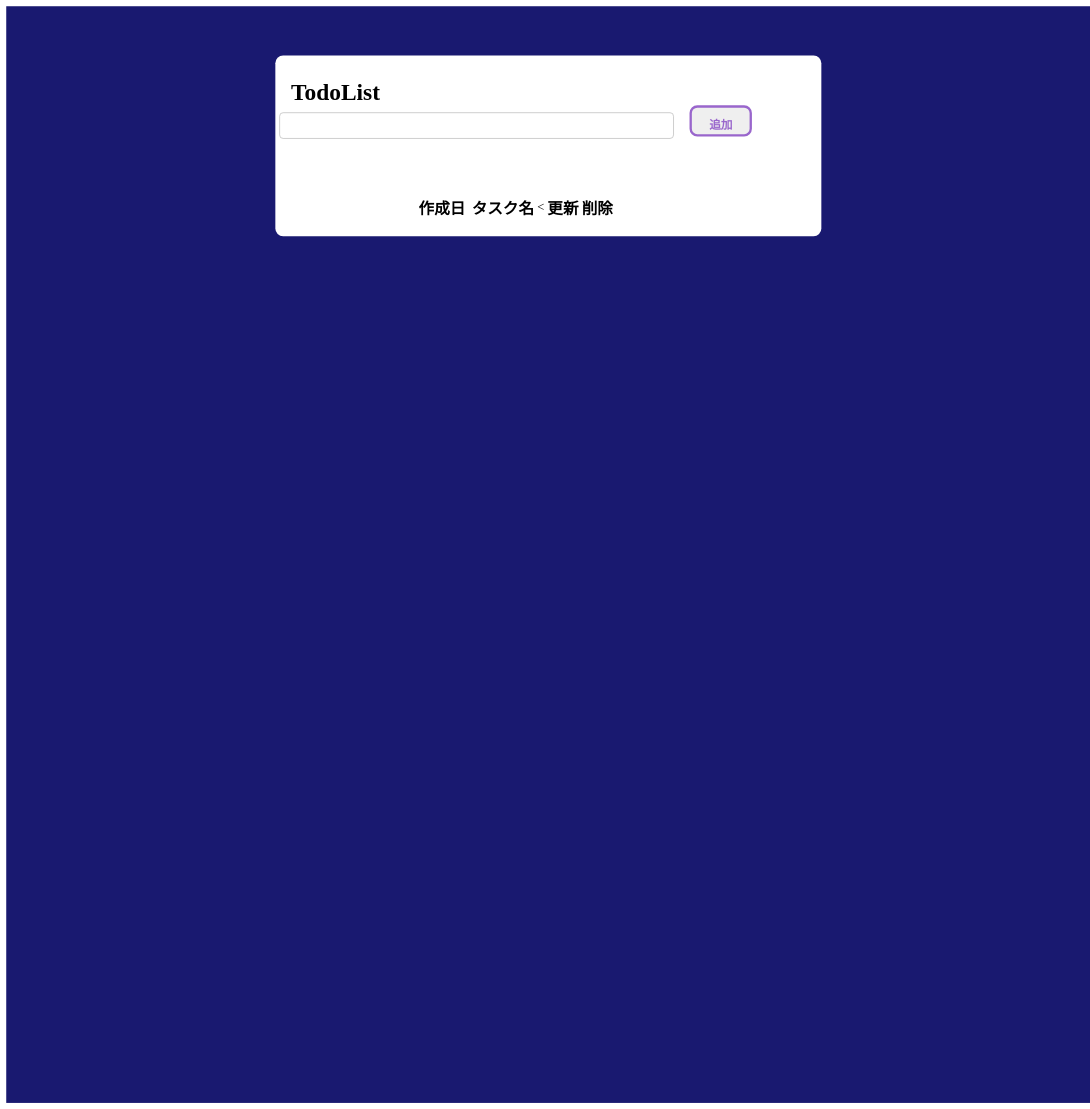
Repository: moro-ayu3/20230304_morohoshi
Page: http://localhost/
These files come from the project's save history. The page is drawn as it stood at one moment and after the next save; the edit follows.
The browser window is 1280 px wide. The page is 1398 px wide, so the pictures cover 1398 px, including what lies to the right of the window. The pictures show the whole page, at 78% of full size.
The page is served by the project's Laravel application, run on PHP 8.4 with Laravel 8. Other server files are loaded and not shown. Queries for data that is not in the repository find no rows.

Above is the page before, as saved 2023-03-11 12:10:31.

### routes/web.php
<?php

use Illuminate\Support\Facades\Route;
use App\Http\Controllers\TodoController;

Route::get('/', [TodoController::class, 'index']);

Route::post('/todo/create', [TodoController::class, 'store']);

Route::post('/todo/update', [TodoController::class, 'update']);

Route::post('/todo/delete', [TodoController::class, 'delete']);

### app/Http/Controllers/TodoController.php
<?php
  namespace App\Http\Controllers;
  use Illuminate\Http\Request;
  use App\Models\Todo;
  use App\Http\Requests\TodoRequest;
  class TodoController extends Controller
  {
    public function index()
     {
        $todos= Todo::all();
        return view('index',['todos'=>$todos]);
  }

    public function store(TodoRequest $request)
     {
        $todo = new Todo;
        $todo->name =$request->input('new_todo');
        $form=$request->all();
        Todo::create($form);
        unset($form['_token']);
        return redirect('/');
    }

    public function update(TodoRequest $request)
     {
       $form = $request->all();
       unset($form['_token']);
       Todo::where('id', $request->id)->update($form);
       return redirect('/');
    }

    public function delete(Request $request)
     {
       Todo::find($request->id)->delete();
       return redirect('/');
    }

  }

### app/Models/Todo.php
<?php

namespace App\Models;

use Illuminate\Database\Eloquent\Factories\HasFactory;
use Illuminate\Database\Eloquent\Model;

class Todo extends Model
{
    use HasFactory;

    protected $fillable = ['content'];
}

### resources/views/index.blade.php
<!DOCTYPE html>
<html lang="ja">

<head>
  <meta charset="UTF-8">
  <meta name="viewport" content="width=device-width, initial-scale=1.0">
  <title>実践アプリ開発入門</title>
  <style>
    .homepage {
      width: 100%;
      height: 100vw;
      padding: 5% 5%;
      background-color: #191970;
    }

    .container {
      display: flex;
      justify-content: center;
      align-items: center;
    }

    .inner {
      width: 700px;
      height: auto;
      border-radius: 10px 10px 10px 10px;
      background-color: #fff;
      margin: 0 auto;
    }

    .header-title {
      font-size: 30px;
      font-weight: bold;
      color: black;
      margin-top: 30px;
      margin-left: 20px;
    }

    .form {
      display: inline-block;
      margin: -20px -15px;
    }

    .text {
      width: 500px;
      height: 30px;
      border: solid 1px #c0c0c0;
      margin-left: 20px;
      border-radius: 5px 5px 5px 5px;
      display: inline-block;
    }

    .create-btn {
      width: 80px;
      height: 40px;
      margin-left: 20px;
      margin-right: 20px;
      border-radius: 10px 10px 10px 10px;
      border: solid 3px #9966CC;
      display: inline-block;
      font-size: 15px;
      font-weight: bold;
      color: #9966CC;
      padding:10px 20px 10px 20px;
    }

    table {
      display: flex;
      justify-content: center;
      align-items: center;
      margin-top: 30px;
      margin-bottom: 40px;
    }

    .date-1 {
      margin-left: 50px;
      font-size: 20px;
      font-weight: bold;
      color: black;
    }

    .name {
      margin-left: 80px;
      font-size: 20px;
      font-weight: bold;
      color: black;
    }

    .update {
      margin-left: 40px;
      font-size: 20px;
      font-weight: bold;
      color: black;
    }

    .delete {
      margin-left: 20px;
      margin-right: 20px;
      font-size: 20px;
      font-weight: bold;
      color: black;
    }

    .parent {
      display: flex;
      justify-content: center;
      align-items: center;
    }

    .date-2 {
      margin-left: 20px;
      font-size: 20px;
      color: black;
    }

    .input-update {
      width: 200px;
      height: 20px;
      border: solid 1px #c0c0c0;
      border-radius: 5px 5px 5px 5px;
      margin-left: 10px;
    }

    .button-update {
      width: 80px;
      height: 40px;
      border-radius: 10px 10px 10px 10px;
      border: solid 3px #ffa500;
      margin-left: 10px;
      font-size: 15px;
      font-weight: bold;
      color: #ffa500;
      padding: 10px 20px;
    }

    .button-delete {
      width: 80px;
      height: 40px;
      border-radius: 10px 10px 10px 10px;
      border: solid 3px #40e0d0;
      margin-left: 10px;
      margin-right: 20px;
      font-size: 15px;
      font-weight: bold;
      color: #40e0d0;
      padding: 10px 20px;
    }

  </style>
</head>

<body>
  <div class="homepage">
     <div class="container">
      <div class="inner">
        <header>
          <h1 class="header-title">TodoList</h1>
        </header>
        <main>
          @if (count($errors) > 0)
           <ul>
           @foreach ($errors->all() as $error)
           <li>{{$error}}</li>
           @endforeach
           </ul>
          @endif
          <div class="form">
            <form action="/todo/create" method="post">
             @csrf
             <table>
              @if ($errors->has('content'))
              <tr>
                <th>ERROR</th>
                <td>{{$errors->first('content')}}</td>
              </tr>
              @endif
              <input type="text" class="text" name="content">
              @if ($errors->has('content'))
              <tr>
                <th>ERROR</th>
                <td>{{$errors->first('content')}}</td>
              </tr>
              @endif
              <button class="create-btn">追加</button>
            </form>
          </div>

          <table>
            <tr>
              <th class="date-1">作成日</th>
              <td><input type="hidden" name="date-1"></td>
              @if ($errors->has('date-1'))
              <tr>
                <th>ERROR</th>
                <td>{{$errors->first('date-1')}}</td>
              </tr>
              @endif
              <th class="name">タスク名</th>
              <td><</td>
              <th class="update">更新</th>
              <th class="delete">削除</th>
            </tr>
            @foreach($todos as $todo)
            <tr>
              <td>
                {{ $todo->created_at}}
              </td>
              <div class="parent">
                <form action="/todo/update" method="post" >
                @csrf
                 <input type="hidden" value="{{$todo->id}}" name="id">
                  <td>
                    <input type="text" class="input-update" value="{{$todo->content}}" name="content" />
                  </td>
                  <td>
                    <button class="button-update">更新</button>
                  </td>
                </form>
                <td>
                  <form action="/todo/delete" method="post">
                   @csrf
                    <input type="hidden" value="{{$todo->id}}" name="id">
                      <button class="button-delete">削除</button>
                  </form>
                </td>
              </div>
            </tr>
            @endforeach
          </table>
        </main>
      </div>
     </div>
    </div>
</body>

</html>

Loaded but not shown: app/Http/Controllers/Controller.php (common file)

After the next save:
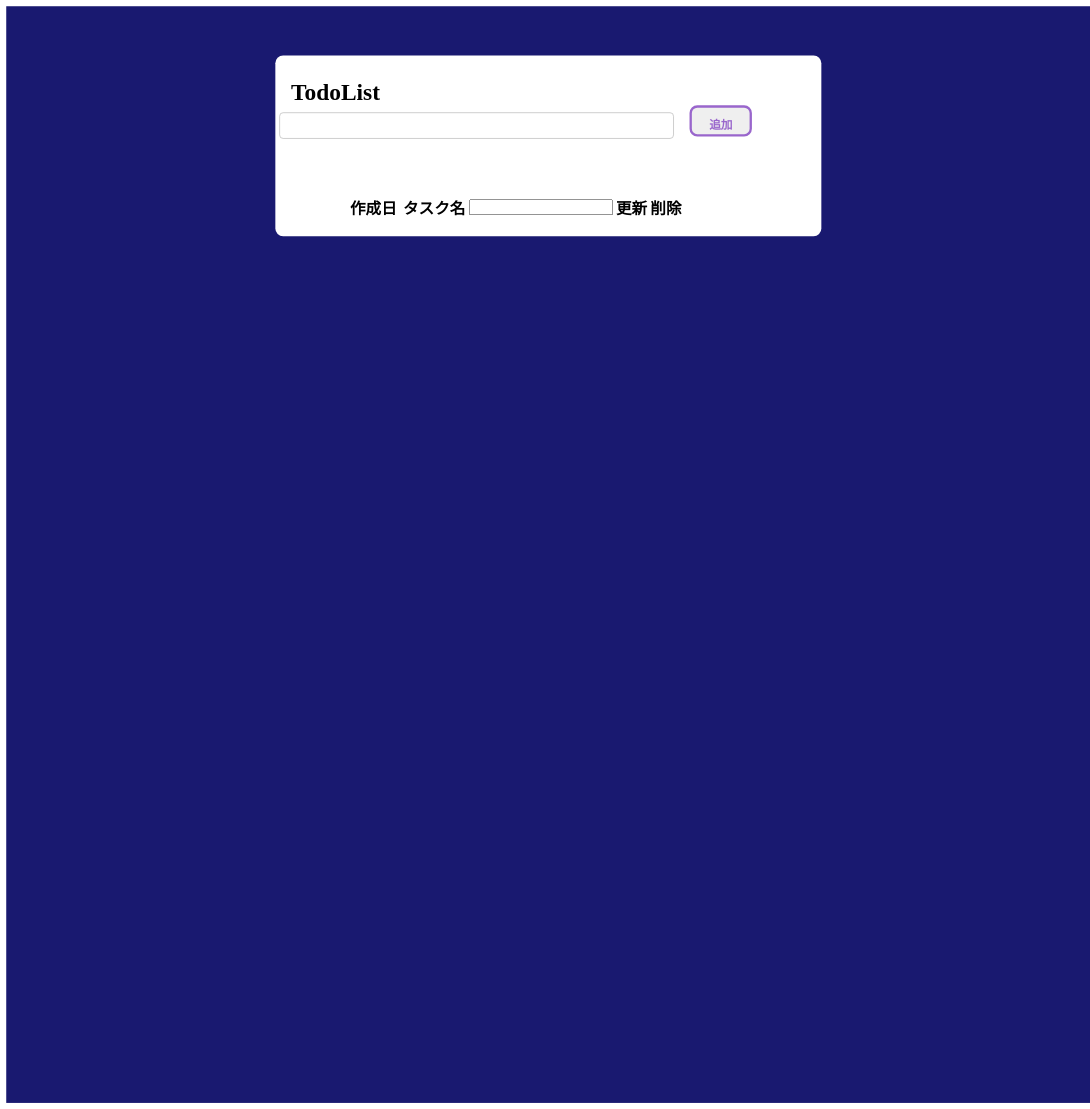
Saved 4 s later.
--- a/resources/views/index.blade.php
+++ b/resources/views/index.blade.php
@@ -195,7 +195,7 @@
               </tr>
               @endif
               <th class="name">タスク名</th>
-              <td><</td>
+              <td><input </td>
               <th class="update">更新</th>
               <th class="delete">削除</th>
             </tr>
